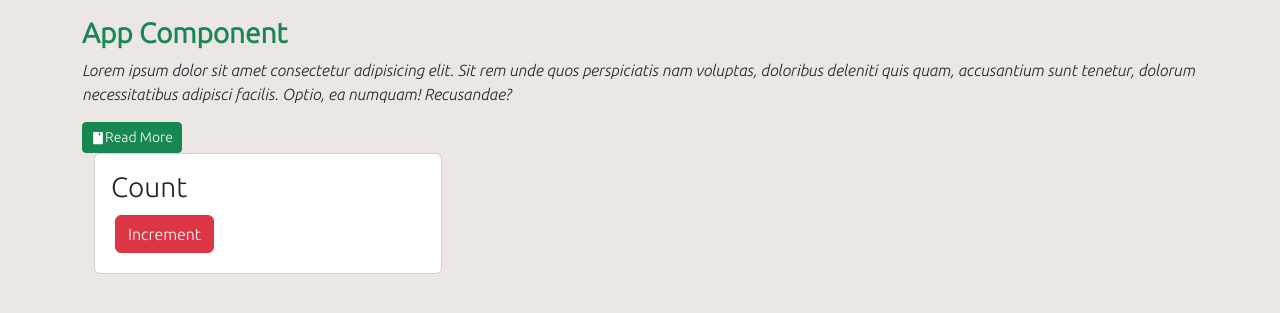
Repository: OmniaRafat232111121/employee_List
Page: /
An editor plug-in stored every save of this project. The page is shown before and after a run of saves, followed by the edit.
The browser window is 1280 px wide. The pictures show the whole page.
The project was rebuilt for these pictures with package versions that can differ from the ones it lists, and the page was loaded fresh each time.

Above is the page before, as saved 2022-09-09 12:41:17.

### public/index.html
<!DOCTYPE html>
<html lang="en">
  <head>
    <meta charset="utf-8" />
    <link rel="icon" href="%PUBLIC_URL%/favicon.ico" />
    <meta name="viewport" content="width=device-width, initial-scale=1" />
    <meta name="theme-color" content="#000000" />
    <meta
      name="description"
      content="Web site created using create-react-app"
    />
    <link rel="stylesheet" href="https://cdnjs.cloudflare.com/ajax/libs/font-awesome/4.7.0/css/font-awesome.css" integrity="sha512-5A8nwdMOWrSz20fDsjczgUidUBR8liPYU+WymTZP1lmY9G6Oc7HlZv156XqnsgNUzTyMefFTcsFH/tnJE/+xBg==" crossorigin="anonymous" referrerpolicy="no-referrer" />
    <link rel="manifest" href="%PUBLIC_URL%/manifest.json" />
    <title>React App</title>
  </head>
  <body>
    <noscript>You need to enable JavaScript to run this app.</noscript>
    <div id="root"></div>

  </body>
</html>

    <link rel="apple-touch-icon" href="%PUBLIC_URL%/logo192.png" />

    <link rel="manifest" href="%PUBLIC_URL%/manifest.json" />

    <title>React App</title>
  </head>
  <body>
    <noscript>You need to enable JavaScript to run this app.</noscript>
    <div id="root"></div>
  </body>
</html>

### src/index.tsx
import React from 'react';
import ReactDOM from 'react-dom/client';
import './index.css';
import App from './App';
import reportWebVitals from './reportWebVitals';

/*Bootstrap*/
import "../node_modules/bootstrap/dist/css/bootstrap.css"
import "../node_modules/bootstrap/dist/js/bootstrap.bundle"
const root = ReactDOM.createRoot(
  document.getElementById('root') as HTMLElement
);
root.render(
  <React.StrictMode>
    <App />
  </React.StrictMode>
);

// If you want to start measuring performance in your app, pass a function
// to log results (for example: reportWebVitals(console.log))
// or send to an analytics endpoint. Learn more: https://bit.ly/CRA-vitals
reportWebVitals();

### src/index.css
@import url('https://fonts.googleapis.com/css2?family=Be+Vietnam+Pro:wght@100&family=Montserrat:wght@400;700&family=Ubuntu:ital,wght@0,300;1,300&display=swap');
body {
  margin: 0;
  font-family: 'Ubuntu', sans-serif !important;
  background-color: #ece7e4 !important;
}

### src/App.tsx
import React from 'react';
import {AiFillBook} from 'react-icons/ai'
import Counter from './components/Counter';
function App() {

  return (
    <div className="App">
     <React.Fragment>
      <div className="container mt-3">
        <div className="grid">
          <div className="row">
            <div className="col">
              <p className='h3 fw-bold text-success'>App Component</p>
              <p className="fst-italic">Lorem ipsum dolor sit amet consectetur adipisicing elit. Sit rem unde quos perspiciatis nam voluptas, doloribus deleniti quis quam, accusantium sunt tenetur, dolorum necessitatibus adipisci facilis. Optio, ea numquam! Recusandae?</p>
              <button className='btn btn-success btn-sm'>
             < AiFillBook className='' />Read More</button>
            </div>
          </div>
          <div className="row">
            <div className="col">
             <Counter/>

            </div>
          </div>



        </div>
      </div>

     </React.Fragment>
    </div>
  );
}

export default App;

### src/components/Counter.tsx
import * as React from 'react';

interface ICounterProps {

}
interface ICounterState {

}
const Counter: React.FC<ICounterProps> = (props) => {
  return (
   <React.Fragment>
     <div className="container">
        <div className="row">
            <div className="col-md-4">
                <div className="card">
                    <div className="card-body">
                        <p className="h3">Count</p>
                        <button className='btn btn-danger m-1'>Increment</button>
                      </div>
                </div>
            </div>
        </div>
     </div>
   </React.Fragment>
  );
};

export default Counter;

Loaded but not shown: src/reportWebVitals.ts (common file)

After the next 13 saves:
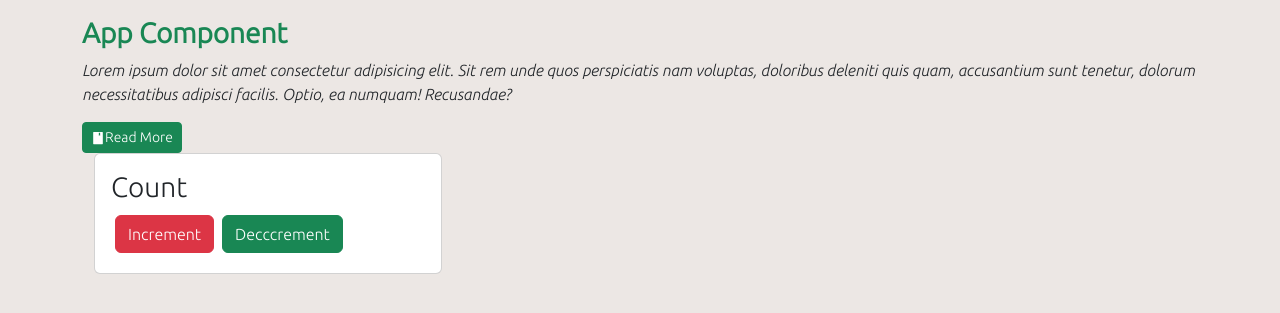
The 13 saves are shown as one change because they came seconds apart.
The last was saved 19 s later.
--- a/src/components/Counter.tsx
+++ b/src/components/Counter.tsx
@@ -16,6 +16,7 @@ const Counter: React.FC<ICounterProps> = (props) => {
                     <div className="card-body">
                         <p className="h3">Count</p>
                         <button className='btn btn-danger m-1'>Increment</button>
+                        <button className='btn btn-success m-1'>Decccrement</button>
                       </div>
                 </div>
             </div>
